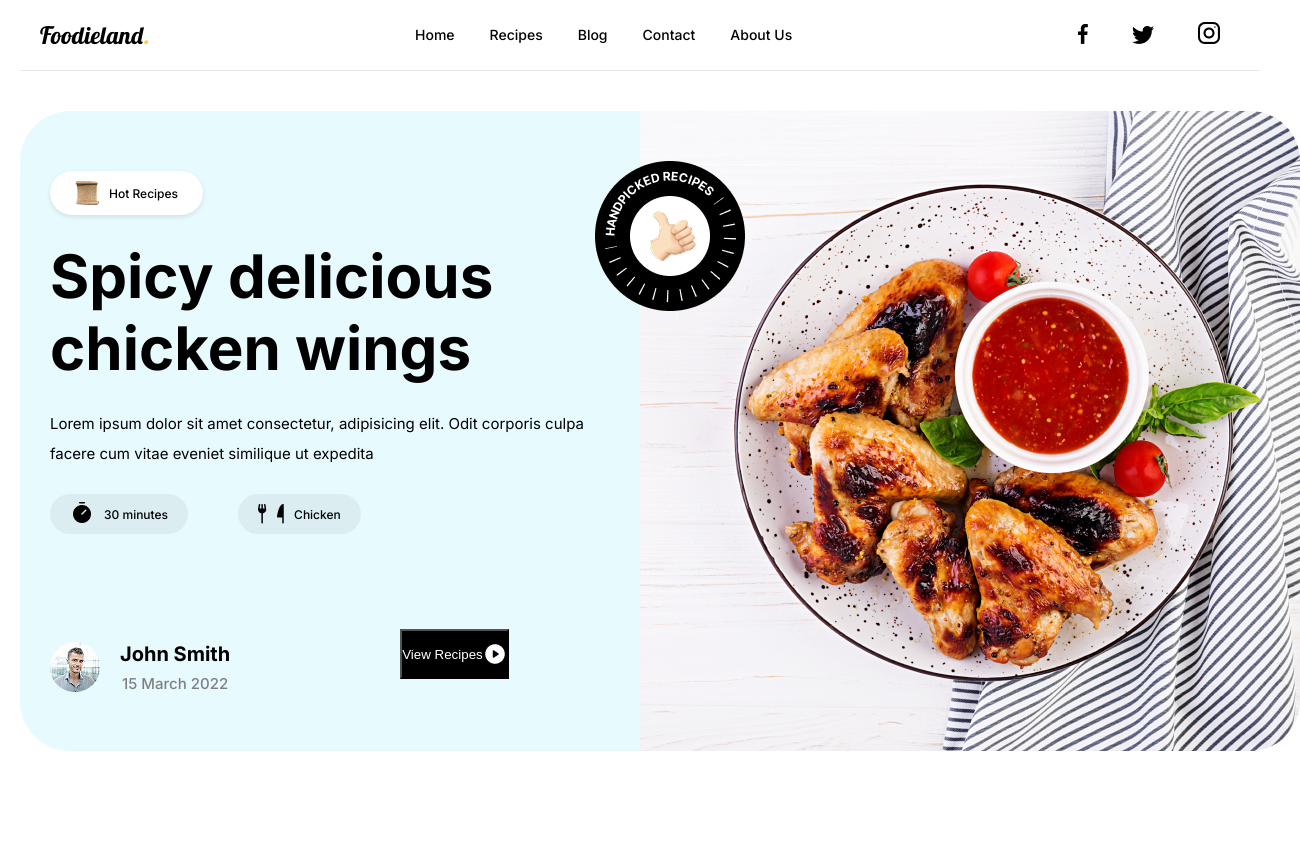
Repository: SolomonChinonso/Advanced-html-and-css-project
Page: index.html
An editor plug-in stored every save of this project. The page is shown before and after the next save, followed by the edit.
The browser window is 1280 px wide. The page is 1300 px wide, so the pictures cover 1300 px, including what lies to the right of the window. The pictures show the whole page.

Above is the page before, as saved 2026-04-16 13:44:01.

After the next save:
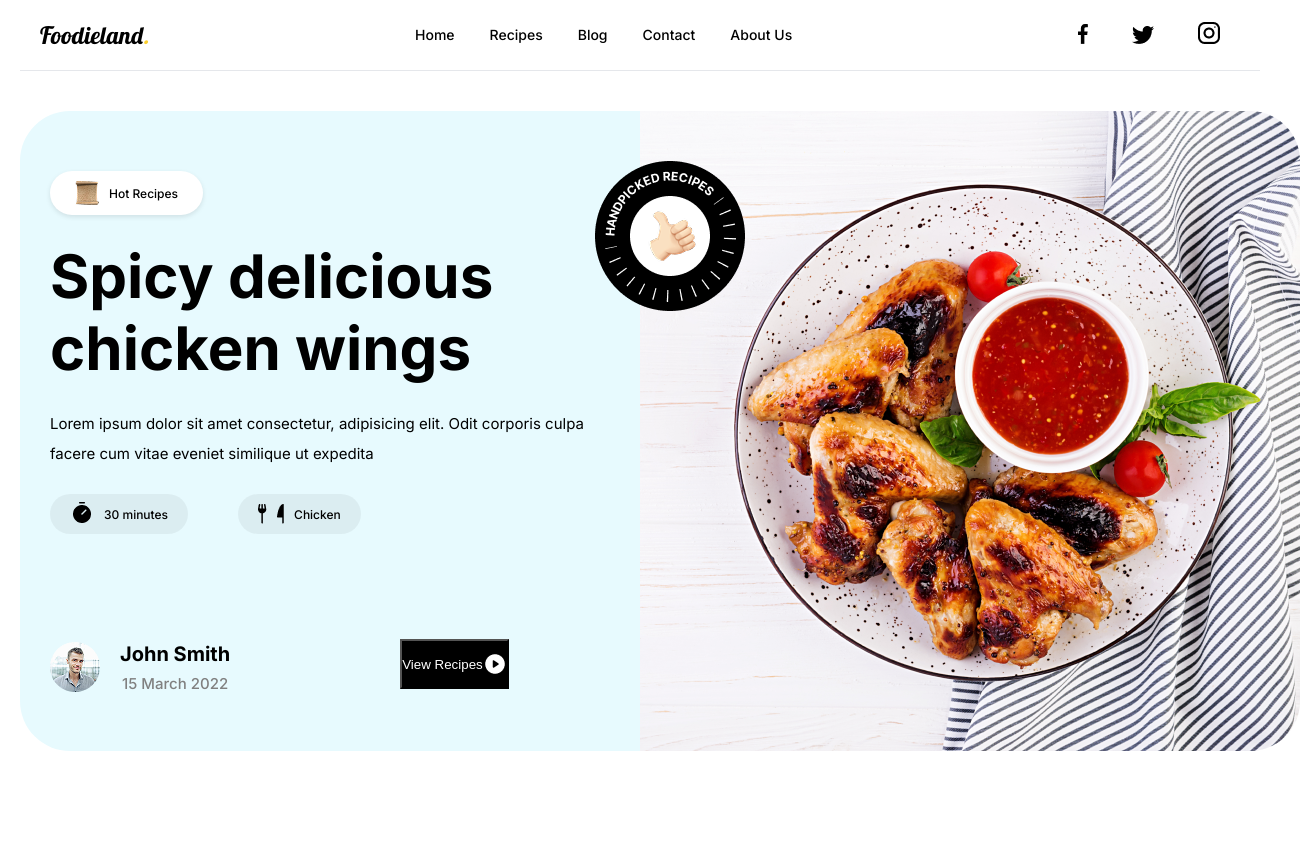
Saved 4 s later.
--- a/style.css
+++ b/style.css
@@ -174,5 +174,5 @@ button{
     padding: 0 0;
     height: 50px;
     position: relative;
-    top: ;
+    top: 10px;
 }
